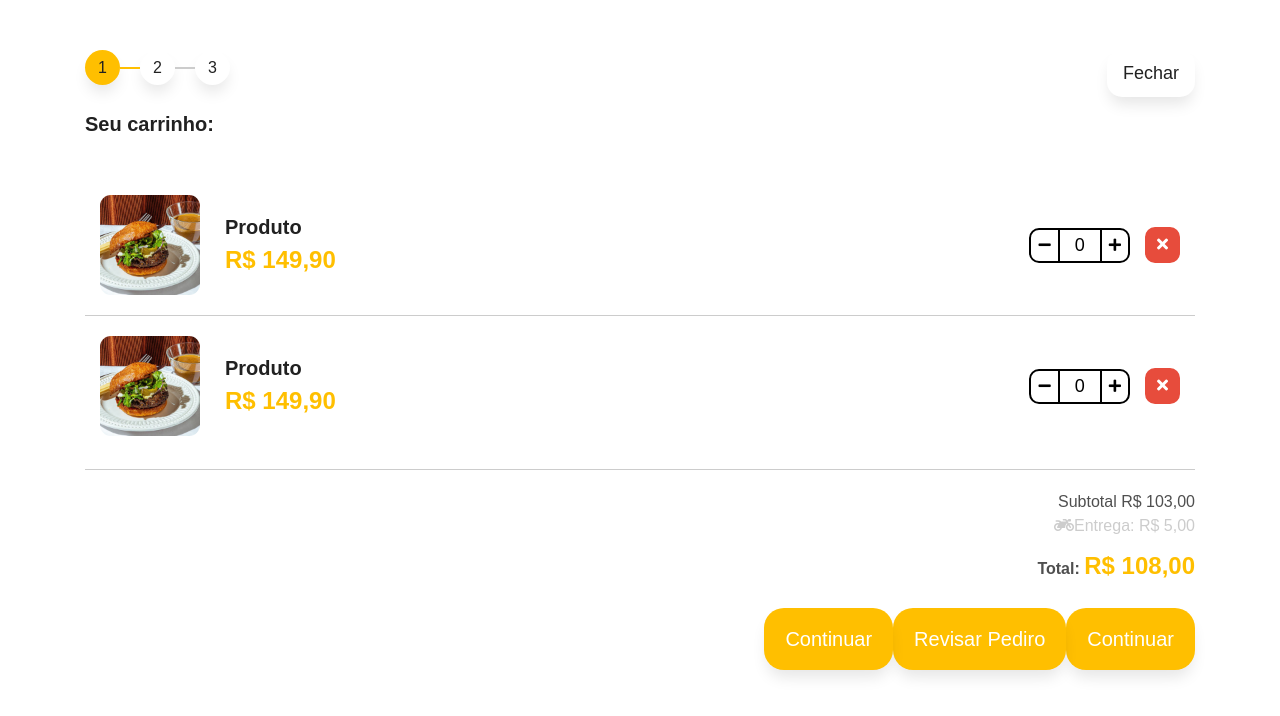
Repository: darkness318/restaraunt
Page: index.html
An editor plug-in stored every save of this project. The page is shown before and after the next save, followed by the edit.
The browser window is 1280 px wide. The pictures show the window.
A layer covers the whole window, so only the first screen is drawn.

Above is the page before, as saved 2024-10-01 10:22:06.

### index.html
<!DOCTYPE html>
<html lang="pt-br">
  <head>
    <meta charset="UTF-8" />
    <meta name="viewport" content="width=device-width, initial-scale=1.0" />
    <title>Restaurente - Seja bem vindo!</title>
    <link rel="stylesheet" href="./css/bootstrap.min.css" />
    <link rel="stylesheet" href="./css/fontawesome.css" />
    <link rel="stylesheet" href="./css/main.css" />
  </head>

  <body>
    <section class="header">
      <div class="container">
        <nav class="navbar navbar-expand-lg pl-0 pr-0">
          <a class="navbar-brand" href="#">
            <img src="./img/logo.png" width="160" class="img-logo" />
          </a>
          <button
            class="navbar-toggler"
            type="button"
            data-toggle="collapse"
            data-target="#navbarNavDropdown"
          >
            <span class="navbar-toggler-icon">
              <i class="fas fa-bars"></i>
            </span>
          </button>
          <div class="collapse navbar-collapse" id="navbarNavDropdown">
            <ul class="navbar-nav ml-auto mr-auto">
              <li class="nav-item">
                <a href="#reservas" class="nav-link"><b>Reservas</b></a>
              </li>
              <li class="nav-item">
                <a href="#servicos" class="nav-link"><b>Serviços</b></a>
              </li>
              <li class="nav-item">
                <a href="#cardapio" class="nav-link"><b>Cardápio</b></a>
              </li>
              <li class="nav-item">
                <a href="#depoimentos" class="nav-link"><b>Depoimentos</b></a>
              </li>
            </ul>
            <a class="btn btn-white btn-icon">
              Meu carrinho
              <span class="icon">
                <i class="fa fa-shopping-bag"></i>
              </span>
            </a>
          </div>
        </nav>
      </div>
    </section>

    <section class="banner">
      <div class="container">
        <div class="row">
          <div class="col-6">
            <div class="d-flex text-banner">
              <h1>
                <b>Escolha sua comida <b class="color-primary">favorita.</b></b>
              </h1>
              <p>
                Aproveite nosso cardápio! Escolha o que desejar e receba em sua
                casa de forma rápida e segura.
              </p>
              <div>
                <a class="btn btn-yellow mt-4 mr-3"> Ver Cardápio </a>
                <a href="#" class="btn btn-white btn-icon-left mt-4">
                  <span class="icon-left">
                    <i class="fa fa-phone"></i>
                  </span>
                  (66) 9 9999-8888
                </a>
              </div>
            </div>
            <a class="btn btn-sm btn-white btn-social mt-4 mr-3">
              <i class="fab fa-instagram"></i>
            </a>
            <a class="btn btn-sm btn-white btn-social mt-4 mr-3">
              <i class="fab fa-facebook-f"></i>
            </a>
            <a class="btn btn-sm btn-white btn-social mt-4">
              <i class="fab fa-whatsapp"></i>
            </a>
          </div>
          <div class="col-6">
            <div class="card-banner"></div>
            <div class="d-flex img-banner">
              <img src="./img/burguer.png" />
            </div>
            <div class="card card-case">
              "Entrega rápida e funcionários simpáticos.
              <br />A comida chegou quente e <br />
              muito saborosa!"
              <span class="card-case-name">
                <b>Thiago Lopes</b>
              </span>
            </div>
          </div>
        </div>
      </div>
    </section>
    <section class="servicos" id="servicos">
      <div class="background-servicos"></div>

      <div class="container">
        <div class="class row">
          <div class="col-12 text-center mb-5">
            <span class="hint-title"><b>Serviços</b></span>
            <h1 class="title">
              <b>Como são nossos serviços?</b>
            </h1>
          </div>

          <div class="col-4 mb-5">
            <div class="card-icon text-center">
              <img src="./img/icone-pedido.svg" width="150 " />
            </div>

            <div class="card-text text-center mt-3">
              <p><b>Fácil de pedir</b></p>
              <span>
                Você só precisa de alguns passos para pedir sua comida.
              </span>
            </div>
          </div>

          <div class="col-4 mb-5">
            <div class="card-icon text-center">
              <img src="./img/icone-delivery.svg" width="250 " />
            </div>

            <div class="card-text text-center mt-3">
              <p><b>Entrega Rápida</b></p>
              <span> Nossa entrega é sempre pontual, rápida e segura. </span>
            </div>
          </div>

          <div class="col-4 mb-5">
            <div class="card-icon text-center">
              <img src="./img/icone-qualidade.svg" width="250 " />
            </div>

            <div class="card-text text-center mt-3">
              <p><b>Melhor qualidade</b></p>
              <span>
                Não só a rapidez na entrega, a qualidade também é o nosso forte.
              </span>
            </div>
          </div>
        </div>
      </div>
    </section>
    <section class="cardapio" id="cardapio">
      <div class="background-cardapio"></div>

      <div class="container">
        <div class="row">
          <div class="col-12 text-center mb-5">
            <span class="hint-title"><b>Cardápio</b></span>
            <h1 class="title">
              <b>Conheça o nosso Cardápio</b>
            </h1>
          </div>

          <div class="col-12 container-menu">
            <a class="btn btn-white btn-sm mr-3">
              <i class="fas fa-hamburger"></i>&nbsp;Burgers
            </a>
            <a class="btn btn-white btn-sm mr-3">
              <i class="fas fa-pizza-slice"></i>&nbsp;Pizzas
            </a>
            <a class="btn btn-white btn-sm mr-3">
              <i class="fas fa-drumstick-bite"></i>&nbsp;Churrasco
            </a>
            <a class="btn btn-white btn-sm mr-3">
              <i class="fas fa-bacon"></i>&nbsp;Steaks
            </a>
            <a class="btn btn-white btn-sm mr-3">
              <i class="fas fa-cocktail"></i>&nbsp;Bebidas
            </a>
            <a class="btn btn-white btn-sm mr-3">
              <i class="fas fa-ice-cream"></i>&nbsp;Sobremesas
            </a>
          </div>

          <div class="col-12">
            <div class="row" id="itensCardapio">
              <div class="col-3 mb-5">
                <div class="card card-item">
                  <div class="img-produto">
                    <img
                      src="./img/cardapio/burguers/burger-au-poivre-kit-4-pack.3ca0e39b02db753304cd185638dad518.jpg"
                    />
                  </div>
                  <p class="title-produto text-center mt-4">
                    <b>Nome do produto muito grande</b>
                  </p>
                  <p class="price-produto text-center">
                    <b>R$ 154,90</b>
                  </p>

                  <div class="add-carrinho">
                    <span class="btn-menos"><i class="fas fa-minus"></i></span>
                    <span class="btn-numero-itens">0</span>
                    <span class="btn-mais"><i class="fas fa-plus"></i></span>
                    <span class="btn btn-add"
                      ><i class="fa fa-shopping-bag"></i
                    ></span>
                  </div>
                </div>
              </div>

              <div class="col-3 mb-5">
                <div class="card card-item">
                  <div class="img-produto">
                    <img
                      src="./img/cardapio/burguers/burger-au-poivre-kit-4-pack.3ca0e39b02db753304cd185638dad518.jpg"
                    />
                  </div>
                  <p class="title-produto text-center mt-4">
                    <b>Nome do produto muito grande</b>
                  </p>
                  <p class="price-produto text-center">
                    <b>R$ 154,90</b>
                  </p>

                  <div class="add-carrinho">
                    <span class="btn-menos"><i class="fas fa-minus"></i></span>
                    <span class="btn-numero-itens">0</span>
                    <span class="btn-mais"><i class="fas fa-plus"></i></span>
                    <span class="btn btn-add"
                      ><i class="fa fa-shopping-bag"></i
                    ></span>
                  </div>
                </div>
              </div>

              <div class="col-3 mb-5">
                <div class="card card-item">
                  <div class="img-produto">
                    <img
                      src="./img/cardapio/burguers/burger-au-poivre-kit-4-pack.3ca0e39b02db753304cd185638dad518.jpg"
                    />
                  </div>
                  <p class="title-produto text-center mt-4">
                    <b>Nome do produto muito grande</b>
                  </p>
                  <p class="price-produto text-center">
                    <b>R$ 154,90</b>
                  </p>

                  <div class="add-carrinho">
                    <span class="btn-menos"><i class="fas fa-minus"></i></span>
                    <span class="btn-numero-itens">0</span>
                    <span class="btn-mais"><i class="fas fa-plus"></i></span>
                    <span class="btn btn-add"
                      ><i class="fa fa-shopping-bag"></i
                    ></span>
                  </div>
                </div>
              </div>

              <div class="col-3 mb-5">
                <div class="card card-item">
                  <div class="img-produto">
                    <img
                      src="./img/cardapio/burguers/burger-au-poivre-kit-4-pack.3ca0e39b02db753304cd185638dad518.jpg"
                    />
                  </div>
                  <p class="title-produto text-center mt-4">
                    <b>Nome do produto muito grande</b>
                  </p>
                  <p class="price-produto text-center">
                    <b>R$ 154,90</b>
                  </p>

                  <div class="add-carrinho">
                    <span class="btn-menos"><i class="fas fa-minus"></i></span>
                    <span class="btn-numero-itens">0</span>
                    <span class="btn-mais"><i class="fas fa-plus"></i></span>
                    <span class="btn btn-add"
                      ><i class="fa fa-shopping-bag"></i
                    ></span>
                  </div>
                </div>
              </div>
            </div>
          </div>
          <div class="col-12 text-center">
            <a class="btn btn-white btn-sm">Ver mais</a>
          </div>
        </div>
      </div>
    </section>
    <section class="depoimentos" id="depoimentos">
      <div class="background-depoimentos"></div>
      <div class="container">
        <div class="row">
          <div class="col-5 text-center">
            <div class="card-depoimentos"></div>
            <div class="d-flex img-banner">
              <img src="./img/pizzas.png" />
            </div>
          </div>

          <div class="col-7">
            <span class="hint-title"><b>Depoimentos</b></span>
            <h1 class="title">
              <b>O que dizem sobre nós</b>
            </h1>
            <div class="mb-5">
              <div class="depoimento" id="depoimento-1">
                <div class="container-dados-depoimento">
                  <div class="imagem-depoimento"></div>
                  <div>
                    <p class="nome-depoimento"><b>Diego Pereira</b></p>
                    <p class="nota-depoimento">
                      <i class="fas fa-star"></i>
                      <i class="fas fa-star"></i>
                      <i class="fas fa-star"></i>
                      <i class="fas fa-star"></i>
                      <i class="fas fa-star-half-alt"></i>&nbsp;
                      <span>4.5</span>
                    </p>
                  </div>
                </div>
                <p class="texto-depoimento">
                  <i class="fas fa-quote-left"></i>
                  <span>
                    Muito bom, recomendo demais! Comida muito bem feita pelo
                    chefe, atendimento dentro dos parâmetros e boa comunicação
                    com o cliente.
                  </span>
                  <i class="fas fa-quote-right"></i>
                </p>
              </div>

              <div class="depoimento hidden" id="depoimento-2">
                <div class="container-dados-depoimento">
                  <div class="imagem-depoimento"></div>
                  <div>
                    <p class="nome-depoimento"><b>Ana Beatriz</b></p>
                    <p class="nota-depoimento">
                      <i class="fas fa-star"></i>
                      <i class="fas fa-star"></i>
                      <i class="fas fa-star"></i>
                      <i class="fas fa-star"></i>
                      <i class="fas fa-star"></i>&nbsp; <span>5.0</span>
                    </p>
                  </div>
                </div>
                <p class="texto-depoimento">
                  <i class="fas fa-quote-left"></i>
                  <span>
                    Um jantar perfeito do começo ao fim. Comida, experiência,
                    serviço... foi tão maravilhoso que fomos dois dias seguidos
                    - fato inédito para mim em uma viagem.
                  </span>
                  <i class="fas fa-quote-right"></i>
                </p>
              </div>

              <div class="depoimento hidden" id="depoimento-3">
                <div class="container-dados-depoimento">
                  <div class="imagem-depoimento"></div>
                  <div>
                    <p class="nome-depoimento"><b>João Guilherme</b></p>
                    <p class="nota-depoimento">
                      <i class="fas fa-star"></i>
                      <i class="fas fa-star"></i>
                      <i class="fas fa-star"></i>
                      <i class="fas fa-star"></i>
                      <i class="far fa-star"></i>&nbsp; <span>4.0</span>
                    </p>
                  </div>
                </div>
                <p class="texto-depoimento">
                  <i class="fas fa-quote-left"></i>
                  <span>
                    A comida estava excelente e o serviço gentil nos
                    surpreendeu! Dica: reserve umas 3 horas para ter uma
                    experiência incrível.
                  </span>
                  <i class="fas fa-quote-right"></i>
                </p>
              </div>
            </div>

            <a class="btn btn-sm btn-white btn-social mr-3 active">1</a>
            <a class="btn btn-sm btn-white btn-social mr-3">2</a>
            <a class="btn btn-sm btn-white btn-social">3</a>
          </div>
        </div>
      </div>
    </section>
    <section class="reserva" id="reserva">
      <div class="container">
        <div class="row">
          <div class="col-12">
            <div class="card-secondary">
              <div class="row">
                <div class="col-7">
                  <span class="hint-title"><b>Reserva</b></span>
                  <h1 class="title">
                    <b>Quer reservar um horário?</b>
                  </h1>
                  <p class="pr-5">
                    Mande uma mensagem clicando no botão abaixo
                    <br />
                    Reserve sua data e horário de forma simples e rápida.
                  </p>
                  <a class="btn btn-yellow mt-4"> Fazer reserva </a>
                </div>

                <div class="col-5">
                  <div class="card-reserva"></div>
                  <div class="d-flex img-banner">
                    <img src="./img/icone-reserva.svg" />
                  </div>
                </div>
              </div>
            </div>
          </div>
        </div>
      </div>
    </section>

    <section class="footer">
      <div class="container">
        <div class="row">
          <div class="col-3 container-logo-footer">
            <img class="logo-footer" src="./img/logo.png" />
          </div>

          <div class="col-6 container-texto-footer">
            <p class="mb-0">
              <b>Menu On-line</b> &copy; Todos os direitos reservados
            </p>
          </div>

          <div class="col-3 container-redes-footer">
            <a class="btn btn-sm btn-white btn-social mr-3">
              <i class="fab fa-instagram"></i>
            </a>
            <a class="btn btn-sm btn-white btn-social mr-3">
              <i class="fab fa-facebook-f"></i>
            </a>
            <a class="btn btn-sm btn-white btn-social">
              <i class="fab fa-whatsapp"></i>
            </a>
          </div>
        </div>
      </div>
    </section>

    <div class="modal-full" id="modalCarrinho">
      <div class="m-header">
        <div class="container">
          <a class="btn btn-white btn-sm float-right"> Fechar </a>

          <div class="etapas">
            <div class="etapa etapa1 active">1</div>
            <div class="etapa etapa2">2</div>
            <div class="etapa etapa3">3</div>
          </div>
          <p class="title-carrinho mt-4">
            <b id="lblTituloEtapa">Seu carrinho:</b>
          </p>
        </div>
      </div>

      <div class="m-body">
        <div class="container">
          <div id="itensCarrinho" class="row mr-0 ml-0">
            <div class="col-12 item-carrinho">
              <div class="img-produto">
                <img
                  src="./img/cardapio/burguers/burger-au-poivre-kit-4-pack.3ca0e39b02db753304cd185638dad518.jpg"
                />
              </div>
              <div class="dados-produto">
                <p class="title-produto"><b>Produto</b></p>
                <p class="price-produto"><b>R$ 149,90</b></p>
              </div>
              <div class="add-carrinho">
                <span class="btn-menos"><i class="fas fa-minus"></i></span>
                <span class="btn-numero-itens">0</span>
                <span class="btn-mais"><i class="fas fa-plus"></i></span>
                <span class="btn btn-remove"><i class="fa fa-times"></i></span>
              </div>
            </div>
            <!-- segundo item do carrinho   -->
            <div class="col-12 item-carrinho">
              <div class="img-produto">
                <img
                  src="./img/cardapio/burguers/burger-au-poivre-kit-4-pack.3ca0e39b02db753304cd185638dad518.jpg"
                />
              </div>
              <div class="dados-produto">
                <p class="title-produto"><b>Produto</b></p>
                <p class="price-produto"><b>R$ 149,90</b></p>
              </div>
              <div class="add-carrinho">
                <span class="btn-menos"><i class="fas fa-minus"></i></span>
                <span class="btn-numero-itens">0</span>
                <span class="btn-mais"><i class="fas fa-plus"></i></span>
                <span class="btn btn-remove"><i class="fa fa-times"></i></span>
              </div>
            </div>
          </div>

          <div id="localEntrega" class="row mr-0 ml-0 hidden"></div>

          <div id="resumoCarrinho" class="row mr-0 ml-0 hidden"></div>
        </div>
      </div>

      <div class="m-footer">
        <div class="container">
          <div class="container-total text-right mb-4 ">
            <p class="mb-0">
              <span>Subtotal</span>
              <span id="lblSubtotal">R$ 103,00</span>
            </p>
            <p class="mb-0 texto-entrega">
              <span><i class="fas fa-motorcycle"></i>Entrega:</span>
              <span id="lblValorEntrega">R$ 5,00</span>
            </p>
            <p class="mb-0 texto-total"></p>
              <span><b>Total:</b></span>
              <span class="valor-total" id="lblValorTotal"><b>R$ 108,00</b></span>
            </p>
          </div>
          <a class="btn btn-yellow float-right" id="btnEtapaPedido">Continuar</a>
          <a class="btn btn-yellow float-right" id="btnEtapaEndereco">Revisar Pediro</a>
          <a class="btn btn-yellow float-right" id="btnEtapaResumo">Continuar</a>
        </div>
      </div>
    </div>

    <script type="text/javascript" src="./js/jquery-1.12.4.min.js"></script>
    <script type="text/javascript" src="./js/modernizr-3.5.0.min.js"></script>
    <script type="text/javascript" src="./js/bootstrap.min.js"></script>
    <script type="text/javascript" src="./js/popper.min.js"></script>
  </body>
</html>

Loaded but not shown: css/bootstrap.min.css (library); css/fontawesome.css (library); js/jquery-1.12.4.min.js (library); js/modernizr-3.5.0.min.js (library); js/bootstrap.min.js (library); js/popper.min.js (library); css/main.css (621 lines, source omitted)

After the next save:
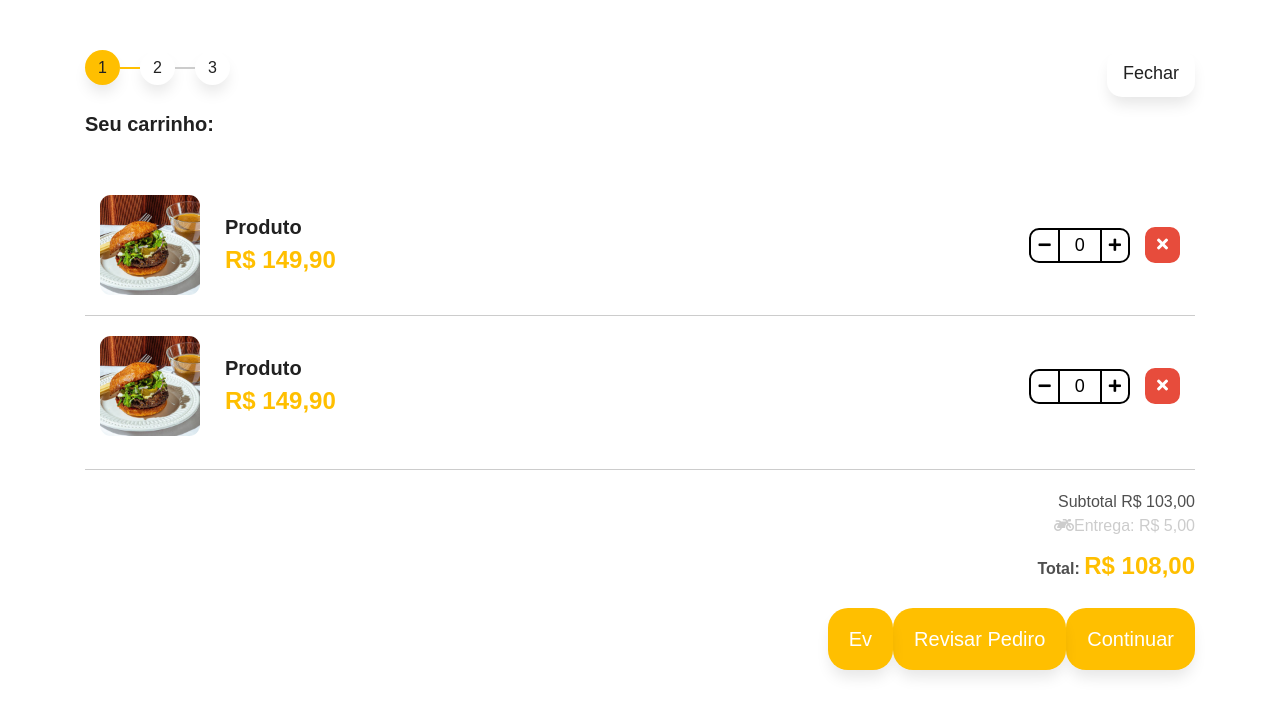
Saved 9 s later.
--- a/index.html
+++ b/index.html
@@ -535,7 +535,7 @@
           </div>
           <a class="btn btn-yellow float-right" id="btnEtapaPedido">Continuar</a>
           <a class="btn btn-yellow float-right" id="btnEtapaEndereco">Revisar Pediro</a>
-          <a class="btn btn-yellow float-right" id="btnEtapaResumo">Continuar</a>
+          <a class="btn btn-yellow float-right" id="btnEtapaResumo">Ev</a>
         </div>
       </div>
     </div>
